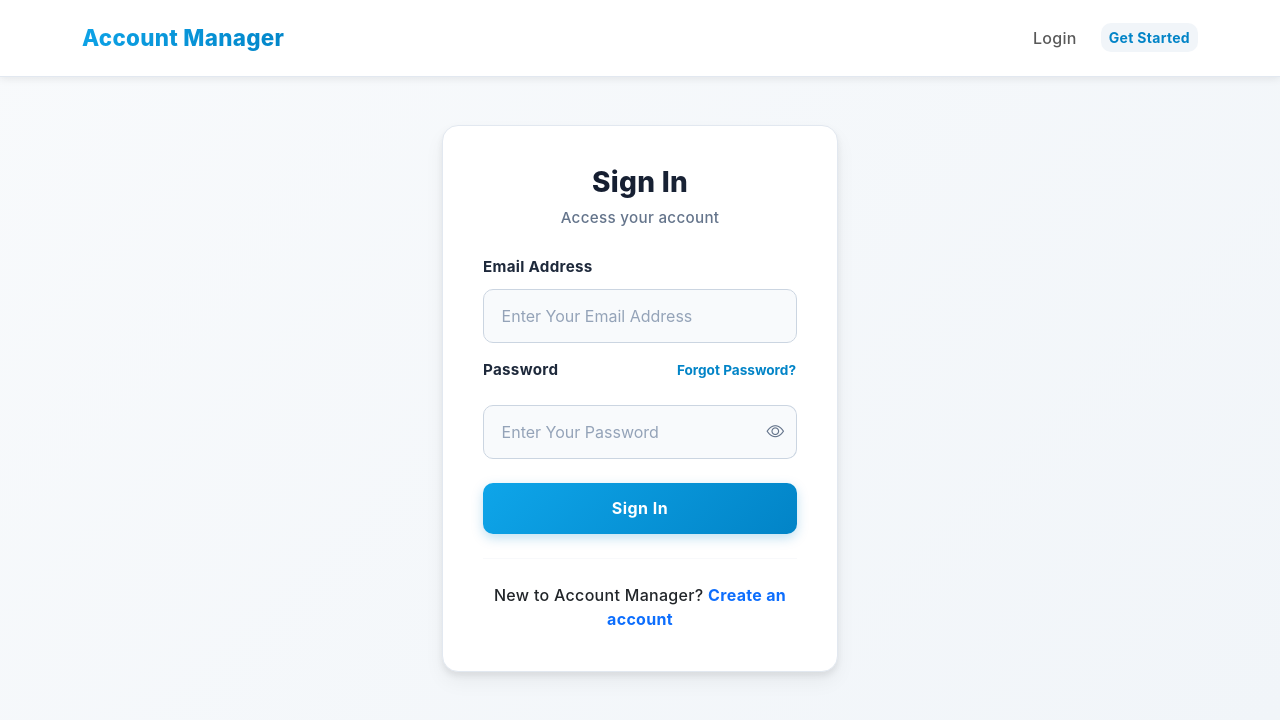
Repository: dharmik2910/Chaintech-Account-Manager
Page: /
An editor plug-in stored every save of this project. The page is shown before and after the next save, followed by the edit.
The browser window is 1280 px wide. The pictures show the whole page.
The project was rebuilt for these pictures with package versions that can differ from the ones it lists, and the page was loaded fresh each time. Also part of the build but not shown: vite.config.js, src/pages/AccountPage.jsx, src/pages/RegisterPage.jsx.

Above is the page before, as saved 2025-12-16 22:18:27.

After the next save:
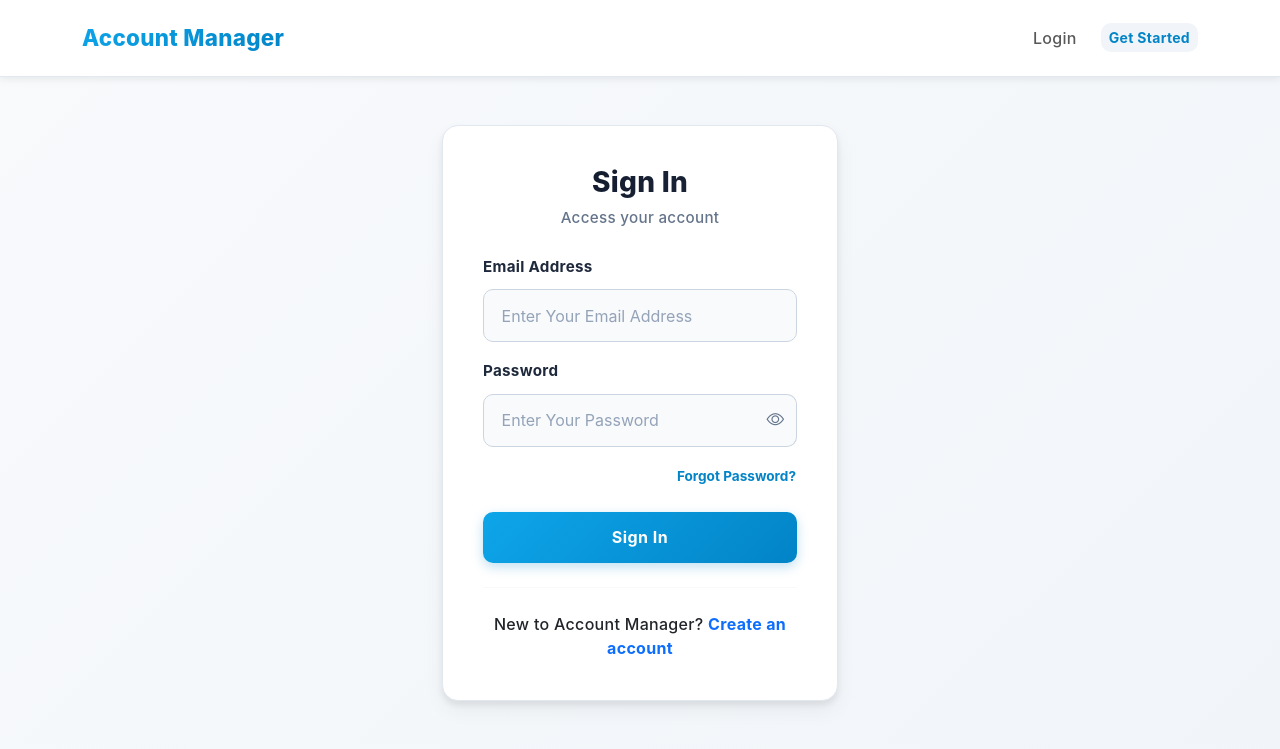
Saved 76 s later.
--- a/src/pages/LoginPage.jsx
+++ b/src/pages/LoginPage.jsx
@@ -176,20 +176,10 @@ function LoginPage() {
                   <div className="invalid-feedback d-block">{errors.email}</div>
                 )}
               </div>
-              <div className="mb-4 d-flex justify-content-between align-items-center">
-                <label htmlFor="password" className="form-label mb-0">
+              <div className="mb-3">
+                <label htmlFor="password" className="form-label">
                   Password
                 </label>
-                <button
-                  type="button"
-                  className="btn btn-link p-0"
-                  onClick={() => setShowForgotPassword(true)}
-                  style={{ fontSize: '0.85rem' }}
-                >
-                  Forgot Password?
-                </button>
-              </div>
-              <div className="mb-4">
                 <div className="input-group">
                   <input
                     id="password"
@@ -212,6 +202,16 @@ function LoginPage() {
                 {errors.password && (
                   <div className="invalid-feedback d-block">{errors.password}</div>
                 )}
+              </div>
+              <div className="mb-4 text-end">
+                <button
+                  type="button"
+                  className="btn btn-link p-0"
+                  onClick={() => setShowForgotPassword(true)}
+                  style={{ fontSize: '0.85rem' }}
+                >
+                  Forgot Password?
+                </button>
               </div>
               <button type="submit" className="btn btn-primary w-100" disabled={isSubmitting}>
                 {isSubmitting ? 'Signing in...' : 'Sign In'}
